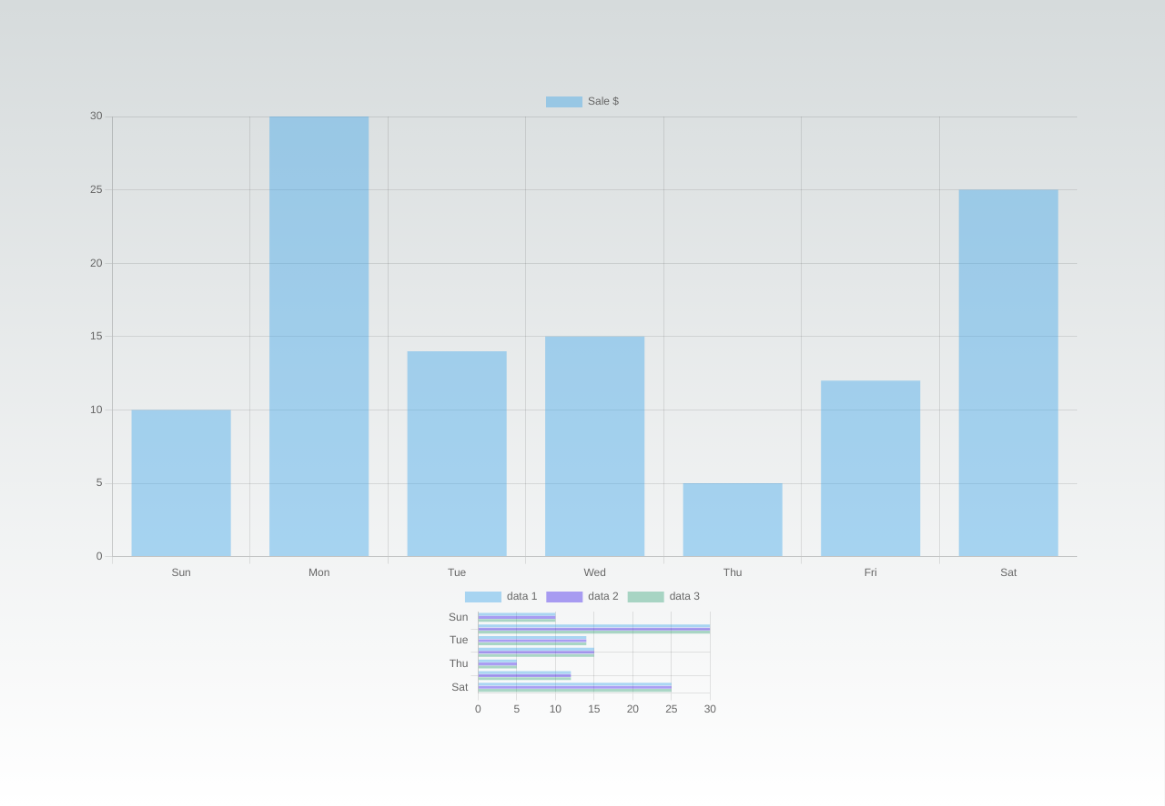
Repository: MonicaNguyenH/exercise-5
Page: /
An editor plug-in stored every save of this project. The page is shown before and after the next save, followed by the edit.
The browser window is 1280 px wide. The pictures show the whole page, at 91% of full size.
The project was rebuilt for these pictures with package versions that can differ from the ones it lists, and the page was loaded fresh each time. The framework's server and built-in components were replaced by stand-ins that run in the browser. Also part of the build but not shown: next.config.mjs.

Above is the page before, as saved 2024-04-15 14:22:50.

After the next save:
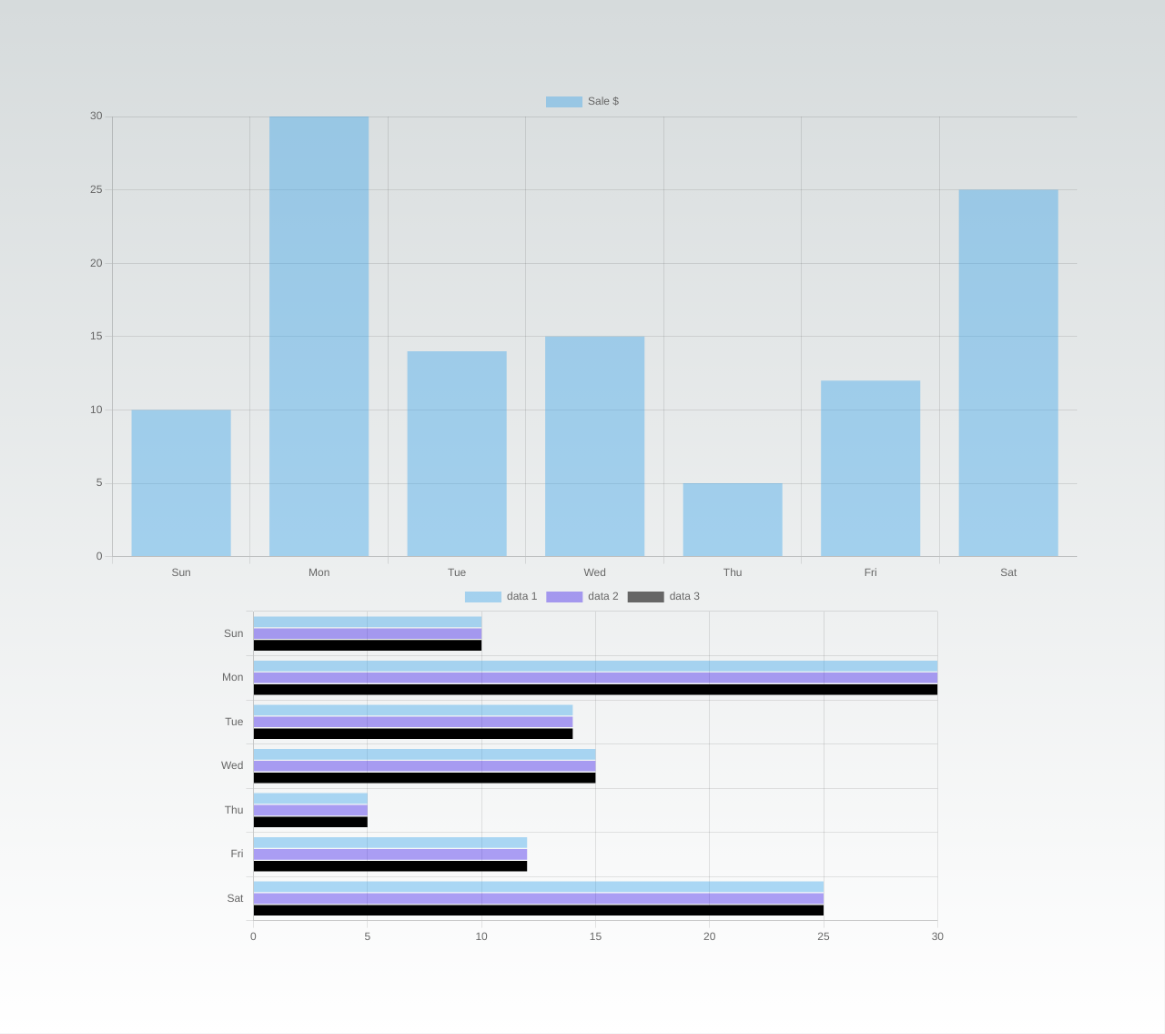
Saved 8 s later.
--- a/components/HorizontalChart/index.js
+++ b/components/HorizontalChart/index.js
@@ -48,7 +48,7 @@ export default function HorizontalChart(){
                     label: 'data 3',
                     data:[10,30,14,15,5,12,25,17],
                     borderClor: 'rgb(22, 162, 235 )',
-                    backgroundColor: 'rgba(53, 162, 120, 0.4)'
+                    backgroundColor: 'rgba(53, 162, , 0.4)'
                 }
             ]
         })
@@ -71,7 +71,7 @@ export default function HorizontalChart(){
 
     return(
         <div>
-        <Bar data={chartData} options={chartOptions} style={{ width: "100", height: "500"}}/>
+        <Bar data={chartData} options={chartOptions} style={{ width: "800px", height: "500px"}}/>
         </div>
     )
 }
